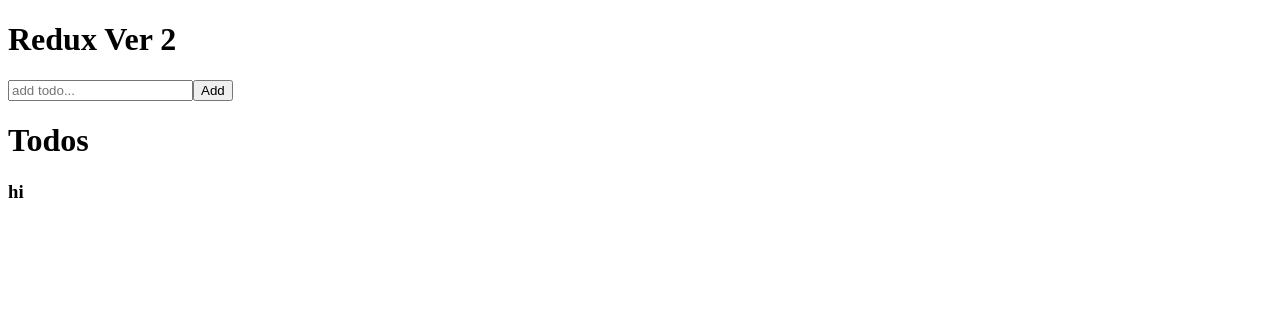
Repository: huynhnt1406/react-redux-tutorial
Page: / (app in redux-v2/)
These files come from the project's save history. The page is drawn as it stood at one moment and after a run of saves; the edit follows.
The browser window is 1280 px wide. The pictures show the whole page.
The project was rebuilt for these pictures with package versions that can differ from the ones it lists, and the page was loaded fresh each time.

Above is the page before, as saved 2021-06-19 02:42:48.

After the next 2 saves:
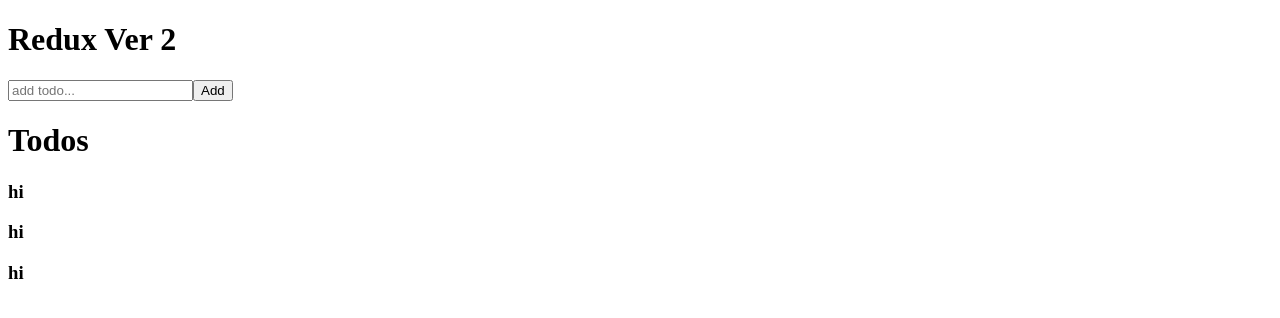
The 2 saves are shown as one change because 1 did not build or start.
The last was saved 2 min 5 s later.
--- a/redux-v2/src/component/Todos.jsx
+++ b/redux-v2/src/component/Todos.jsx
@@ -1,11 +1,19 @@
 import React from 'react'
+import { useSelector } from 'react-redux'
+import { todosSelector } from '../store/reducer/todoReducer'
 import TodoItem from './TodoItem'
 
 function Todos() {
+
+    const todos = useSelector(todosSelector)
     return (
         <div>
             <h1>Todos</h1>
-            <TodoItem/>
+            {
+                todos.map(todo => (
+                    <TodoItem key={todo.id} id={todo.id} title={todo.title}/>
+                ))
+            }
         </div>
     )
 }
